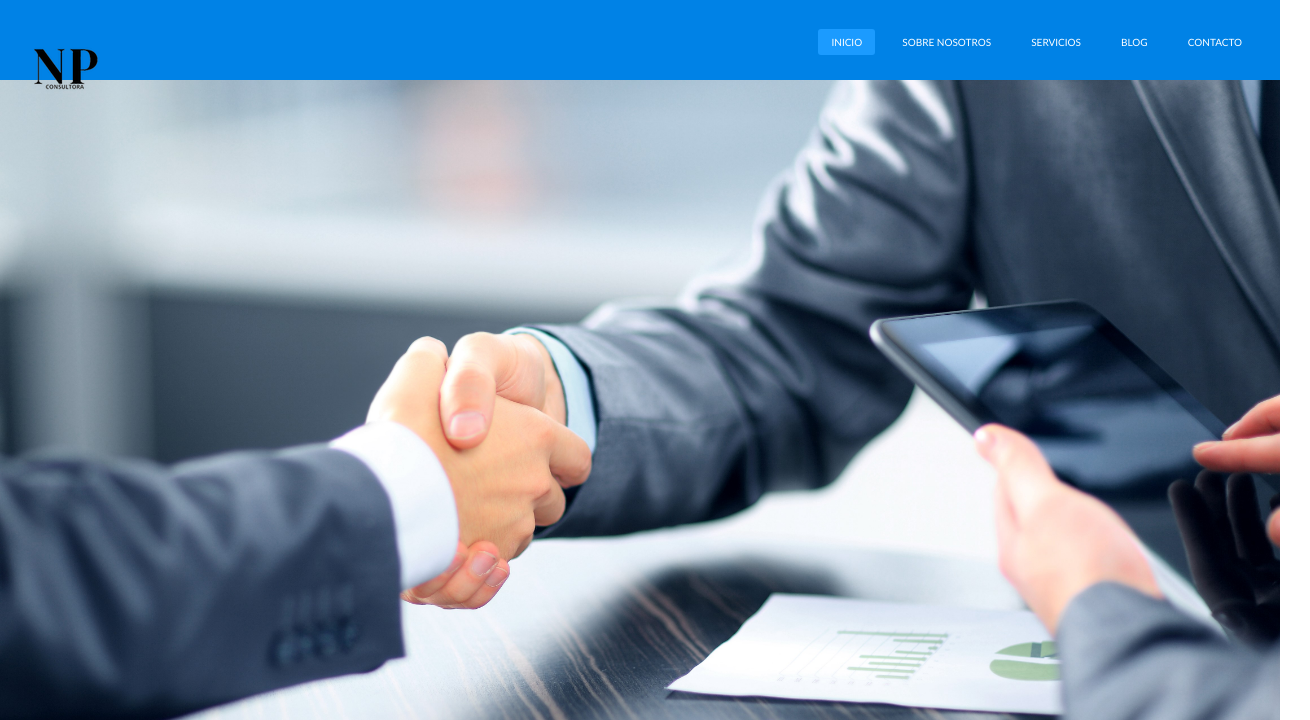
Repository: Batu120/pre-entrega2
Page: index.html
An editor plug-in stored every save of this project. The page is shown before and after the next save, followed by the edit.
The browser window is 1280 px wide. The page is 1280 px wide, then 1310 px, then 1280 px, so the pictures cover 1310 px, including what lies to the right of the window. The pictures show the whole page.

Above is the page before, as saved 2022-10-29 20:37:07.

After the next save:
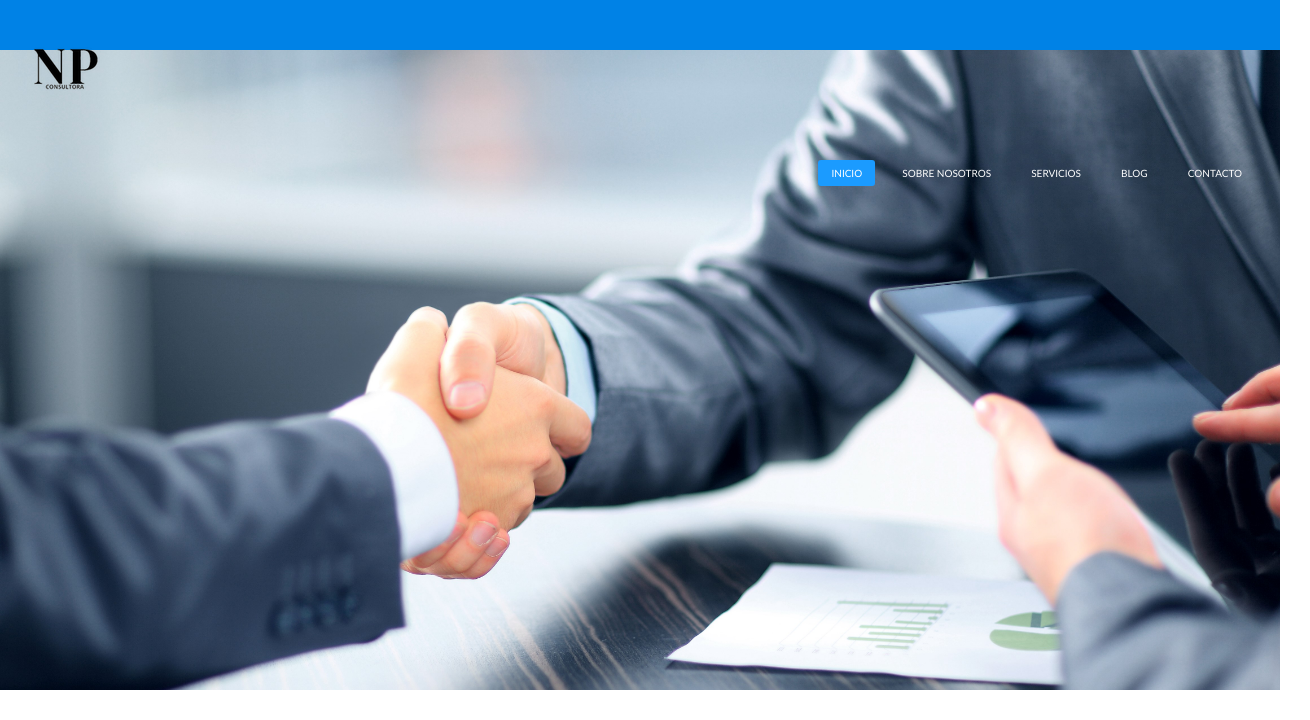
Saved 21 s later.
--- a/CSS/style.css
+++ b/CSS/style.css
@@ -23,7 +23,8 @@
     line-height: 80px;
     padding: 30px;
     margin: -30px;
-    position: absolute;
+    display: flex;
+
     font-weight: bold;
 }
 nav ul{

After the save that followed:
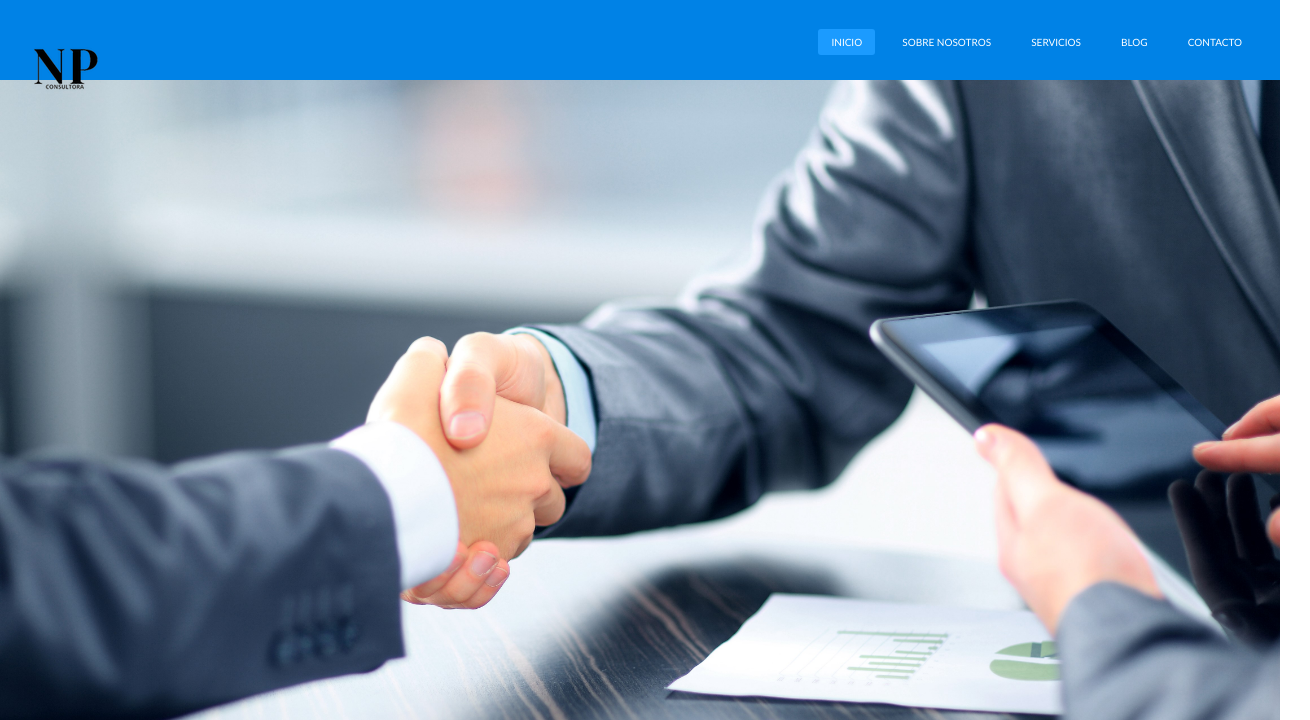
Saved 5 s later.
--- a/CSS/style.css
+++ b/CSS/style.css
@@ -23,8 +23,7 @@
     line-height: 80px;
     padding: 30px;
     margin: -30px;
-    display: flex;
-
+    ;
     font-weight: bold;
 }
 nav ul{
